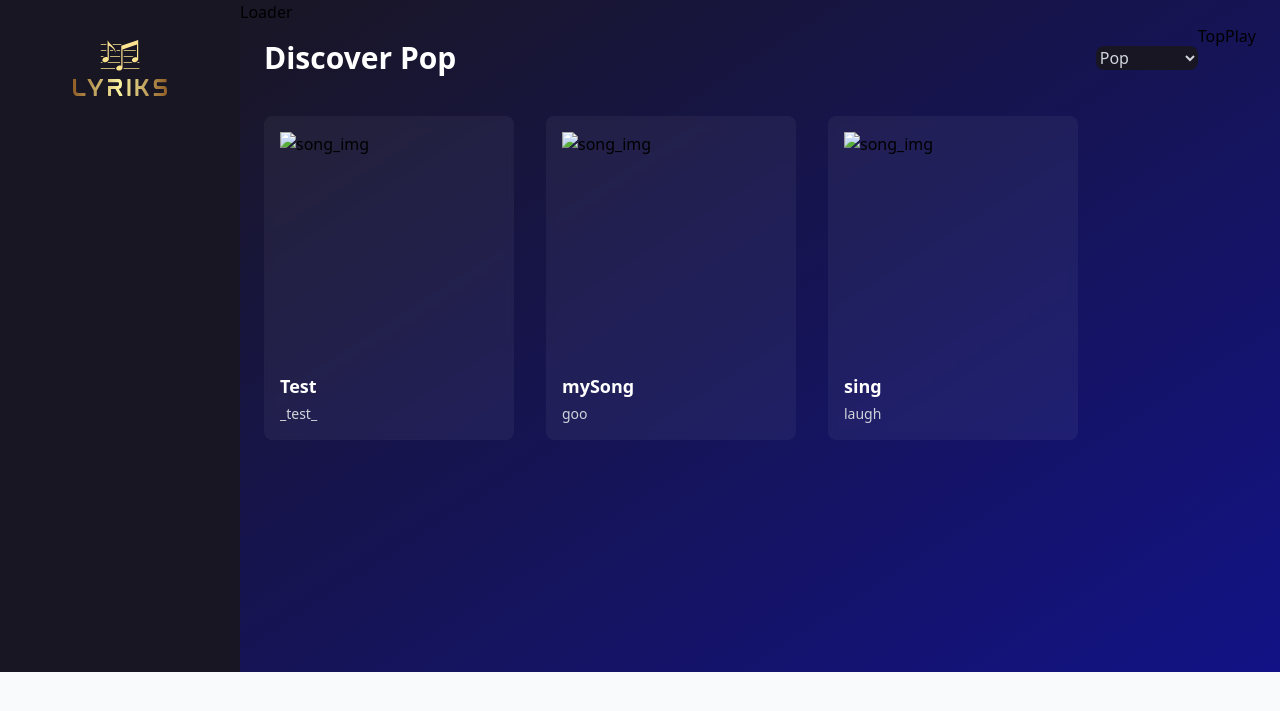
Repository: Chris24T/Dotify
Page: /
An editor plug-in stored every save of this project. The page is shown before and after the next save, followed by the edit.
The browser window is 1280 px wide. The pictures show the whole page.
An inner scrolling area shows only its first screen. The project was rebuilt for these pictures with package versions that can differ from the ones it lists, and the page was loaded fresh each time. Also part of the build but not shown: vite.config.js, src/components/ArtistCard.jsx, src/components/DetailsHeader.jsx, src/components/SongBar.jsx, src/components/RelatedSongs.jsx, src/components/MusicPlayer/Controls.jsx, src/components/MusicPlayer/Player.jsx, src/components/MusicPlayer/Seekbar.jsx and 11 more.

Above is the page before, as saved 2022-12-04 19:55:25.

After the next save:
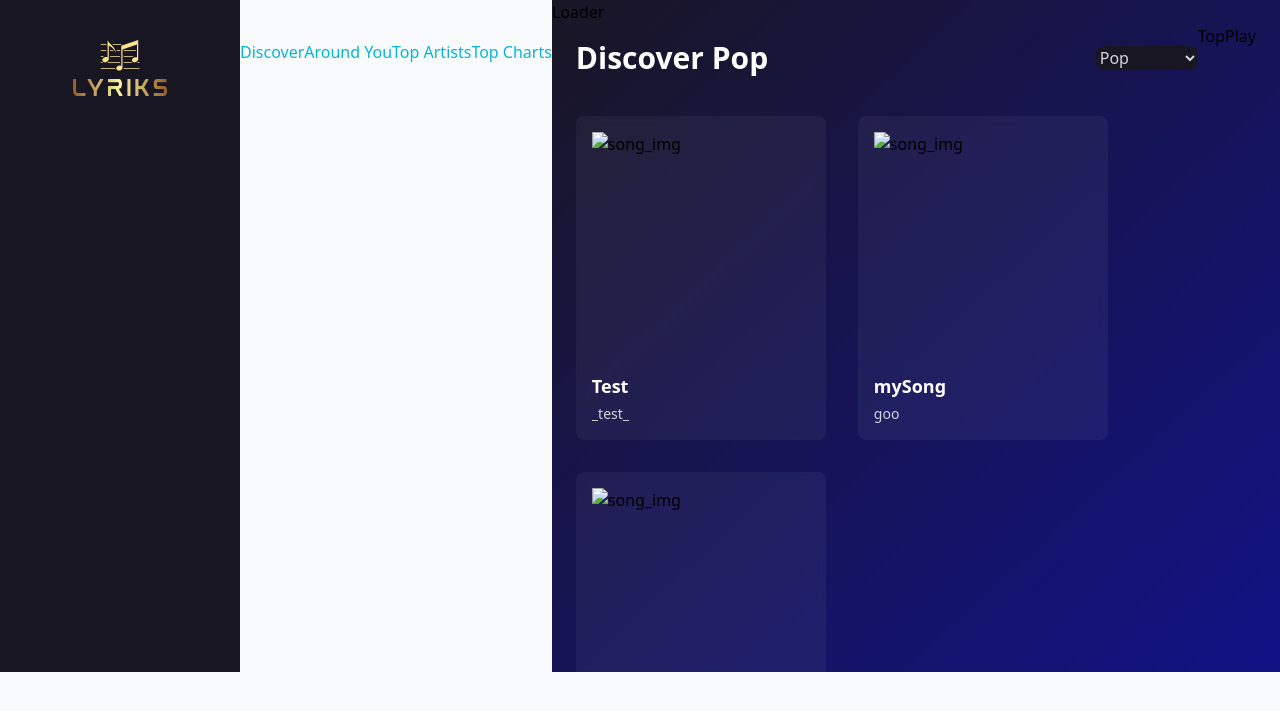
Saved 76 s later.
--- a/src/components/Sidebar.jsx
+++ b/src/components/Sidebar.jsx
@@ -4,6 +4,14 @@
 
 import { logo } from '../assets';
 import { links } from '../assets/constants';
+
+const NavLinks = () => (
+  <div className="mt-10">
+    {links.map((item) => (
+      <NavLink>{item.name}</NavLink>
+    ))}
+  </div>
+);
 
 const Sidebar = () => {
   const [mobileOpen, setMobileOpen] = useState(false);
@@ -13,6 +21,7 @@
       <div className="md:flex hidden flex-col w-[240px] py-10 px-4 bg-[#191624]">
         <img src={logo} alt="logo" className='="w-full h-14 object-contain' />
       </div>
+      <NavLinks />
     </>
   );
 };

After the save that followed:
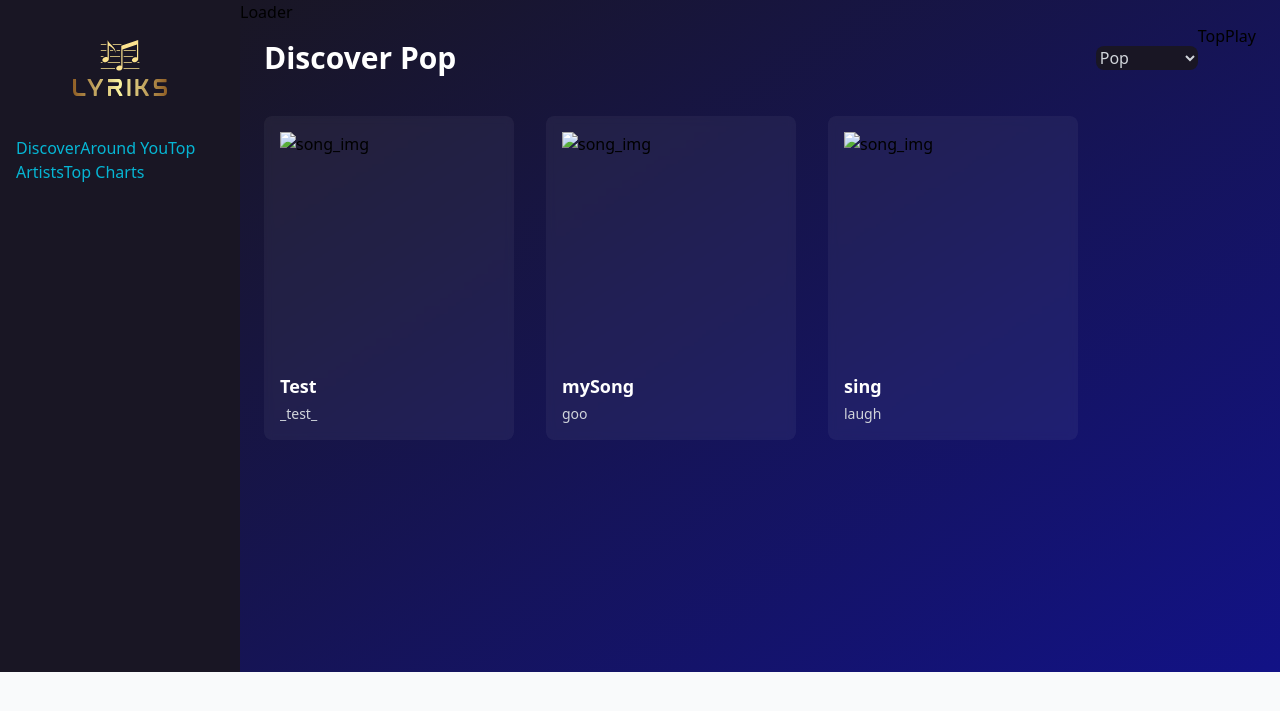
Saved 9 s later.
--- a/src/components/Sidebar.jsx
+++ b/src/components/Sidebar.jsx
@@ -20,8 +20,8 @@
     <>
       <div className="md:flex hidden flex-col w-[240px] py-10 px-4 bg-[#191624]">
         <img src={logo} alt="logo" className='="w-full h-14 object-contain' />
+        <NavLinks />
       </div>
-      <NavLinks />
     </>
   );
 };
